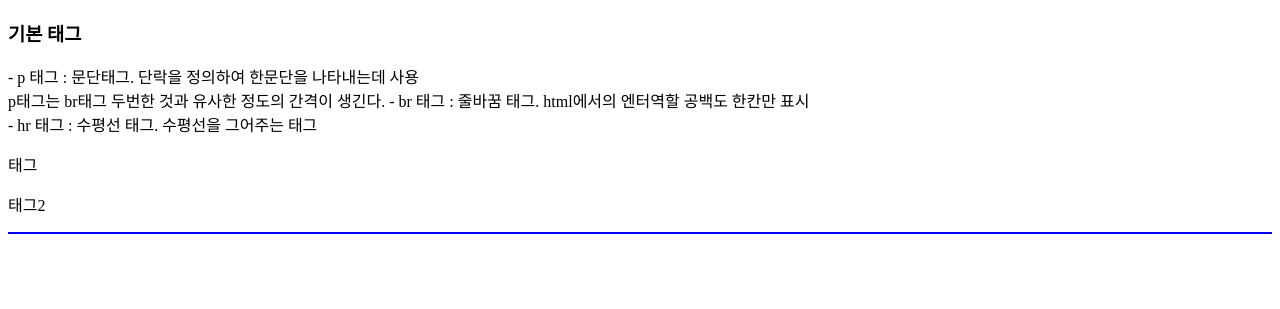
Repository: marudaga/html-css-lecture
Page: work/study/src/main/webapp/htmlEx/ch02/ex03.html
An editor plug-in stored every save of this project. The page is shown before and after the next save, followed by the edit.
The browser window is 1280 px wide. The pictures show the whole page.

Above is the page before, as saved 2022-09-06 03:35:51.

### work/study/src/main/webapp/htmlEx/ch02/ex03.html
<!DOCTYPE html>
<html>
<head>
<meta charset="UTF-8">
<title>Insert title here</title>
</head>
<body>
<h3> 기본 태그</h3>

<div>
	 - p 태그 :   문단태그. 단락을 정의하여 한문단을 나타내는데 사용<br>
	 p태그는 br태그 두번한 것과 유사한 정도의 간격이 생긴다.
	 - br 태그 : 줄바꿈 태그. html에서의 엔터역할 공백도 한칸만 표시<br>
	 - hr 태그 : 수평선 태그. 수평선을 그어주는 태그
<p>태그</p>
<p>태그2</p>
<hr color="blue" >
</div>
</body>
</html>

After the next save:
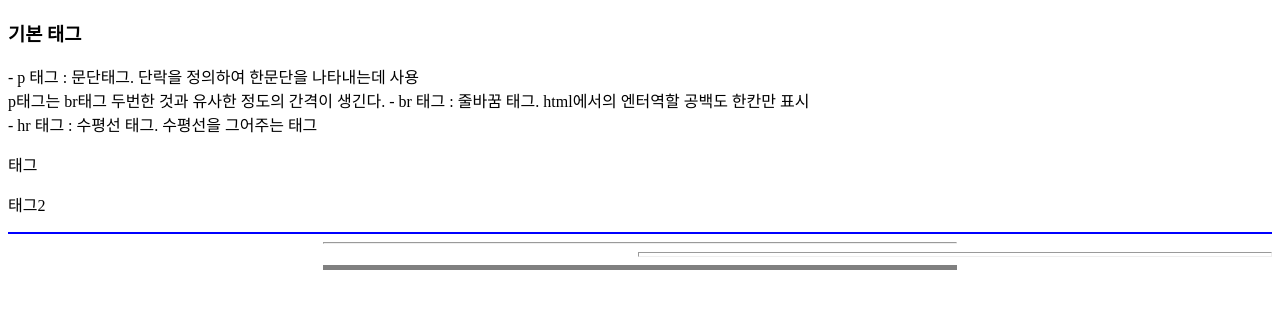
Saved 88 s later.
--- a/work/study/src/main/webapp/htmlEx/ch02/ex03.html
+++ b/work/study/src/main/webapp/htmlEx/ch02/ex03.html
@@ -14,7 +14,10 @@
 	 - hr 태그 : 수평선 태그. 수평선을 그어주는 태그
 <p>태그</p>
 <p>태그2</p>
-<hr color="blue" >
+<hr color="blue">
+<hr width =  " 50%" align = "center">
+<hr size = "5" width = "50%"  align = "right">
+<hr noshade = "shade" size = "5" width="50%">
 </div>
 </body>
 </html>
